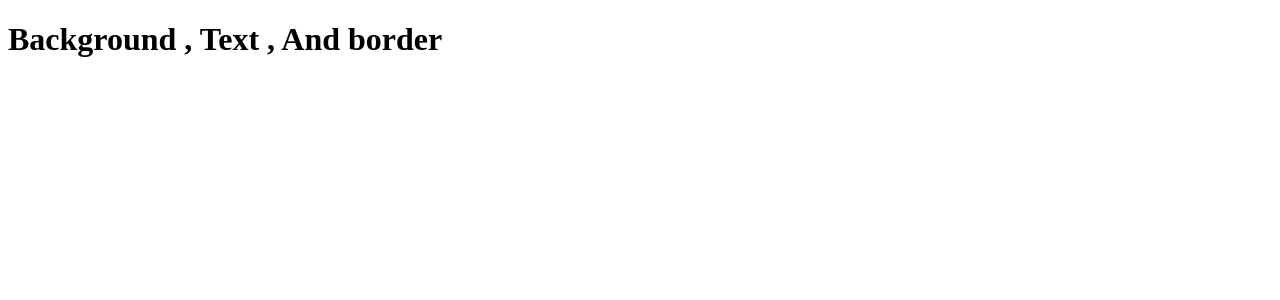
Repository: SnakeXrnt/pythonfile
Page: plusclass/2022/00_html/11_more_colors.html
The author's editor kept a copy of each file at every save. The page is drawn from the files as they stood at one save, then again after a run of saves.
The browser window is 1280 px wide. The pictures show the whole page.

Above is the page before, as saved 2022-02-10 18:13:52.

After the next 35 saves:
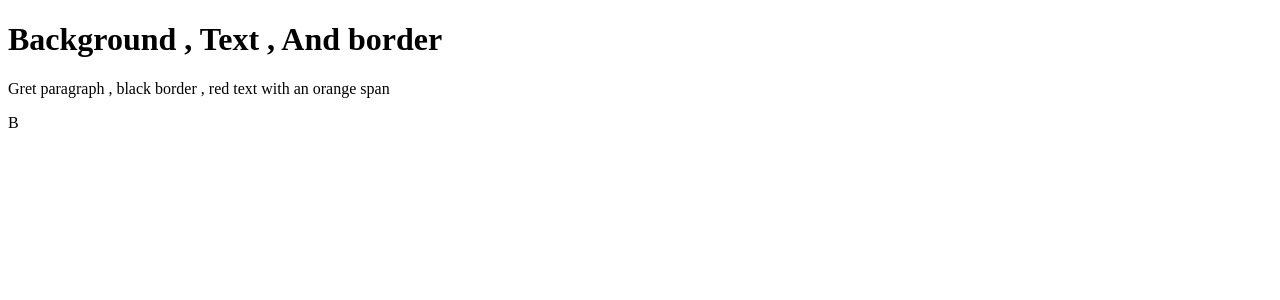
The 35 saves are shown as one change because they came seconds apart.
The last was saved 55 s later.
--- a/plusclass/2022/00_html/11_more_colors.html
+++ b/plusclass/2022/00_html/11_more_colors.html
@@ -12,6 +12,11 @@
 <body>
     <h1>Background , Text , And border</h1>
 
-    <p id="uglyparagraph"
+    <p id="uglyparagraph">
+        Gret paragraph , black border , red text with an <span>orange</span> span
+    </p>
+
+    <div class="uglydiv">
+        B
 </body>
 </html>
